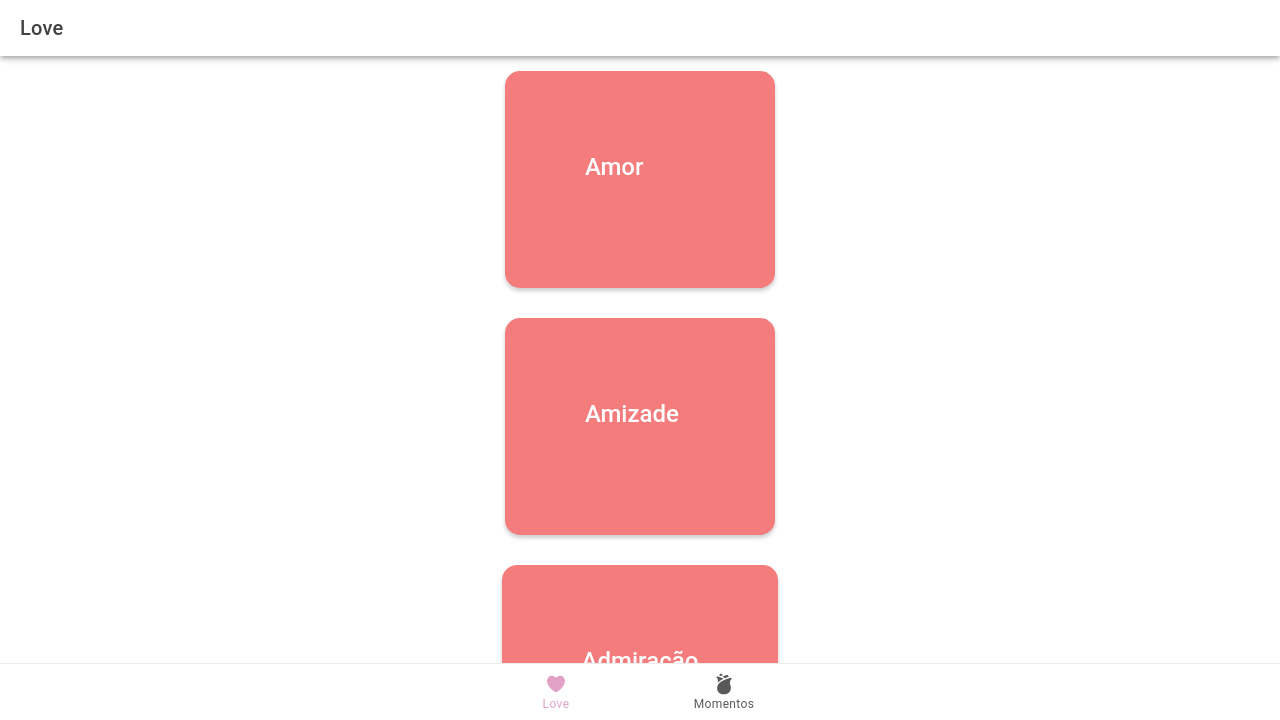
Repository: mateus-henrique-silva/lorrayne-app
Page: /
These files come from the project's save history. The page is drawn as it stood at one moment and after the next save; the edit follows.
The browser window is 1280 px wide. The pictures show the whole page.
The project was rebuilt for these pictures with package versions that can differ from the ones it lists, and the page was loaded fresh each time. Also part of the build but not shown: src/components/UpImgs.tsx, src/pages/Tab2.tsx, src/components/ExploreContainer.css, src/components/ExploreContainer.tsx, src/pages/Tab3.tsx.

Above is the page before, as saved 2022-07-05 14:50:41.

After the next save:
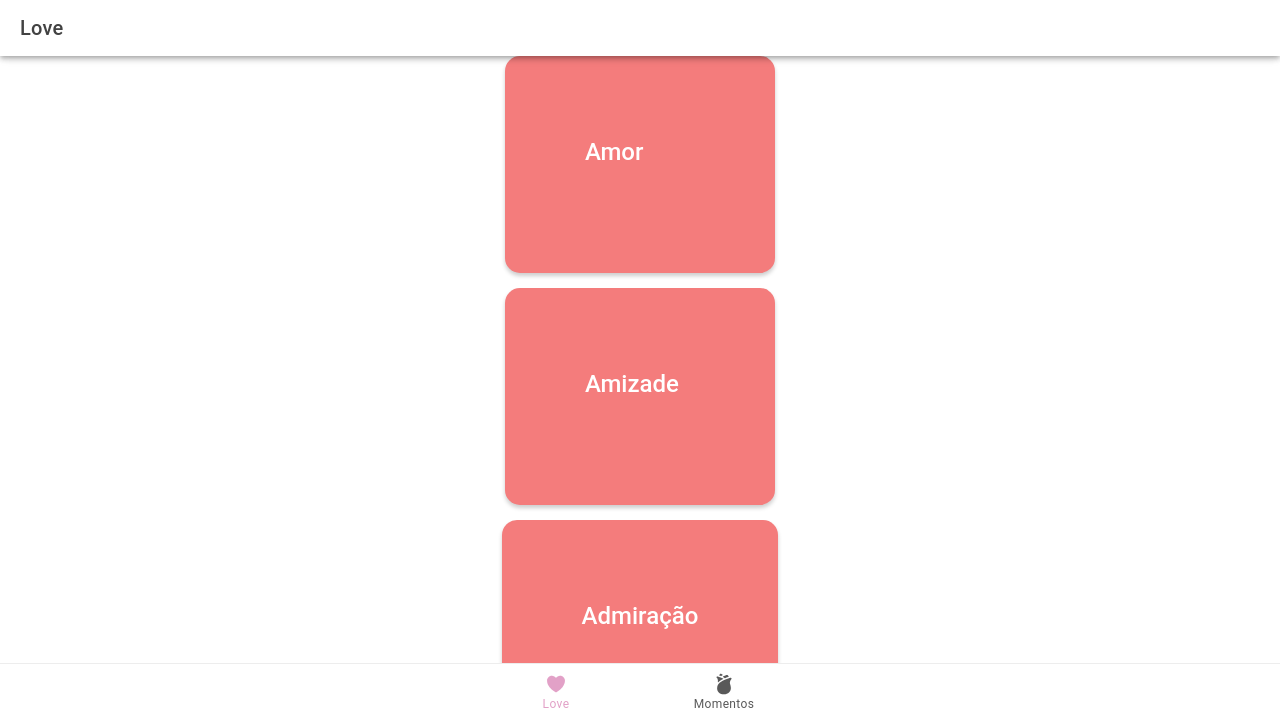
Saved 66 s later.
--- a/src/components/BoxComponents.css
+++ b/src/components/BoxComponents.css
@@ -17,6 +17,7 @@
     padding: 4rem 5rem 6rem;
     display:block;
    min-width:270px;
+   mas
     margin-top:15px;
 
     border-radius:15px;

After the 2 saves that followed:
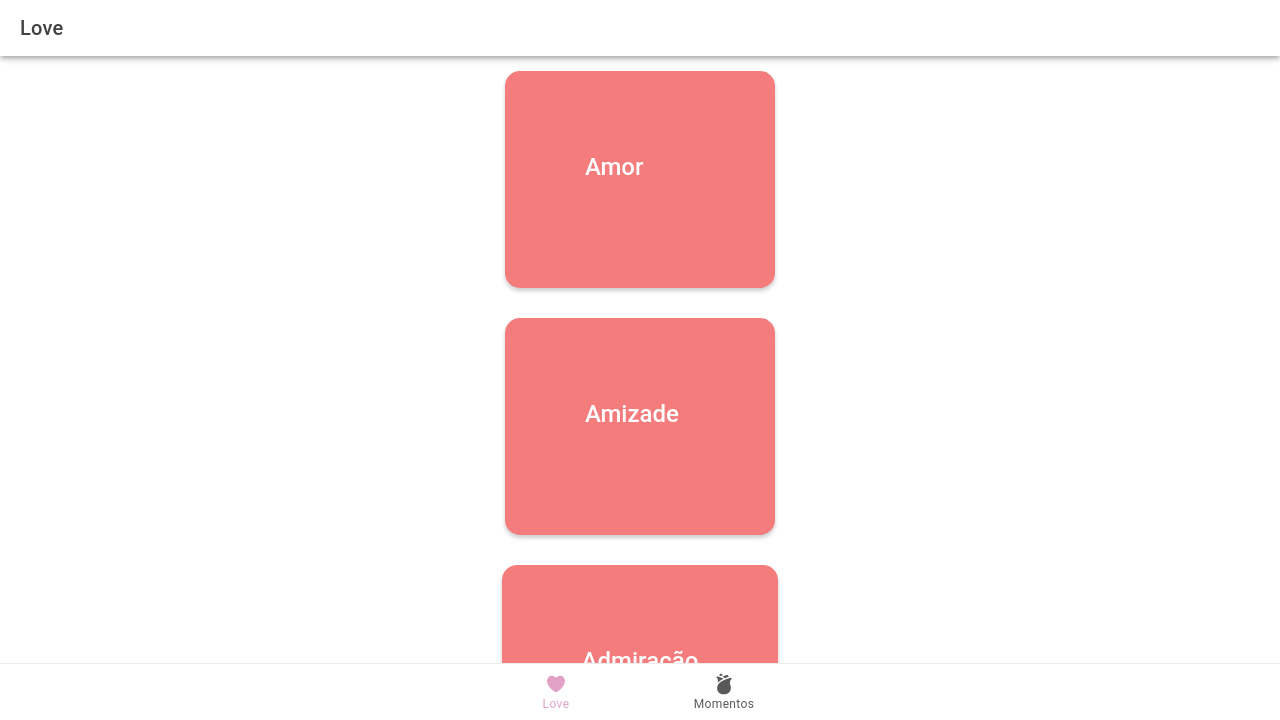
The 2 saves are shown as one change because they came seconds apart.
The last was saved 8 s later.
--- a/src/components/BoxComponents.css
+++ b/src/components/BoxComponents.css
@@ -17,7 +17,7 @@
     padding: 4rem 5rem 6rem;
     display:block;
    min-width:270px;
-   mas
+   max-height: ;
     margin-top:15px;
 
     border-radius:15px;
